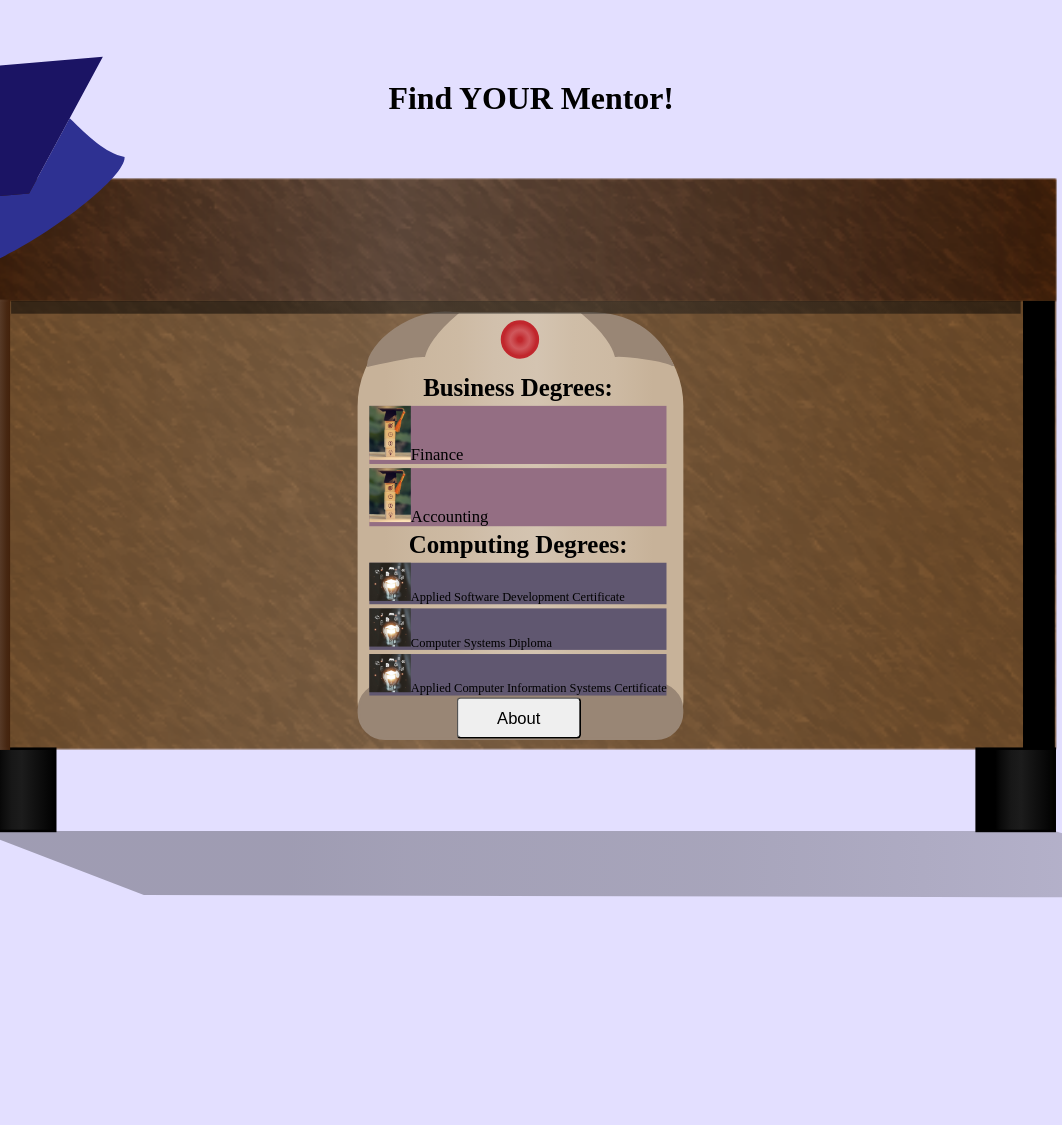
Repository: anikagrewal/week3example
Page: /
An editor plug-in stored every save of this project. The page is shown before and after the next save, followed by the edit.
The browser window is 1280 px wide. The pictures show the whole page, at 83% of full size.
The project was rebuilt for these pictures with package versions that can differ from the ones it lists, and the page was loaded fresh each time. The framework's server and built-in components were replaced by stand-ins that run in the browser. Also part of the build but not shown: next.config.js.

Above is the page before, as saved 2023-01-23 14:08:49.

After the next save:
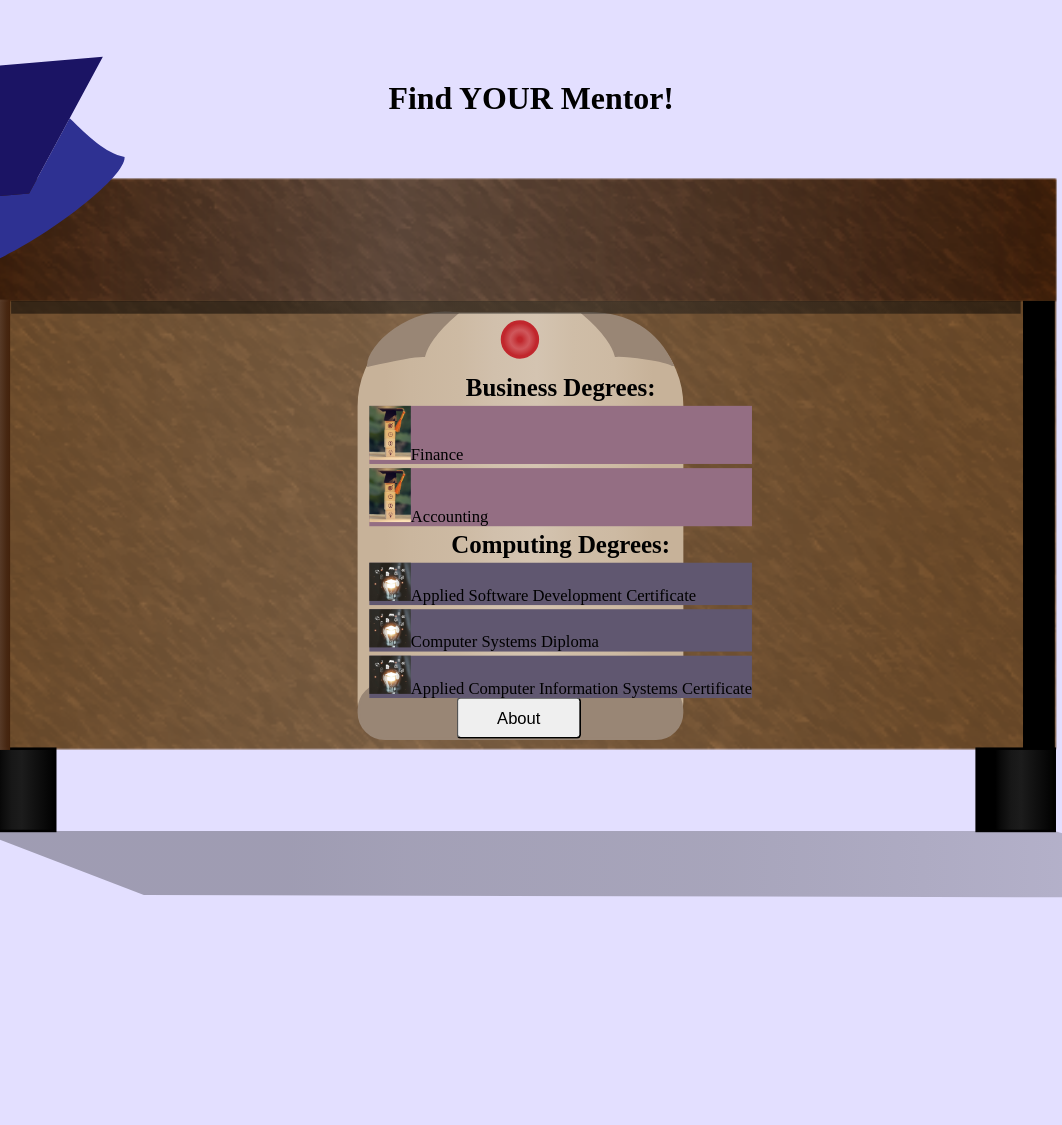
Saved 34 s later.
--- a/pages/index.js
+++ b/pages/index.js
@@ -55,7 +55,7 @@
             {information && information.map((info, index) => {
             if(info.department.toLowerCase() === "computing") {
               return (
-                <Card key={index} degree={info.degree} colour="#605770" font="15px"/>
+                <Card key={index} degree={info.degree} colour="#605770" font="20px"/>
               )
             }
           })}
